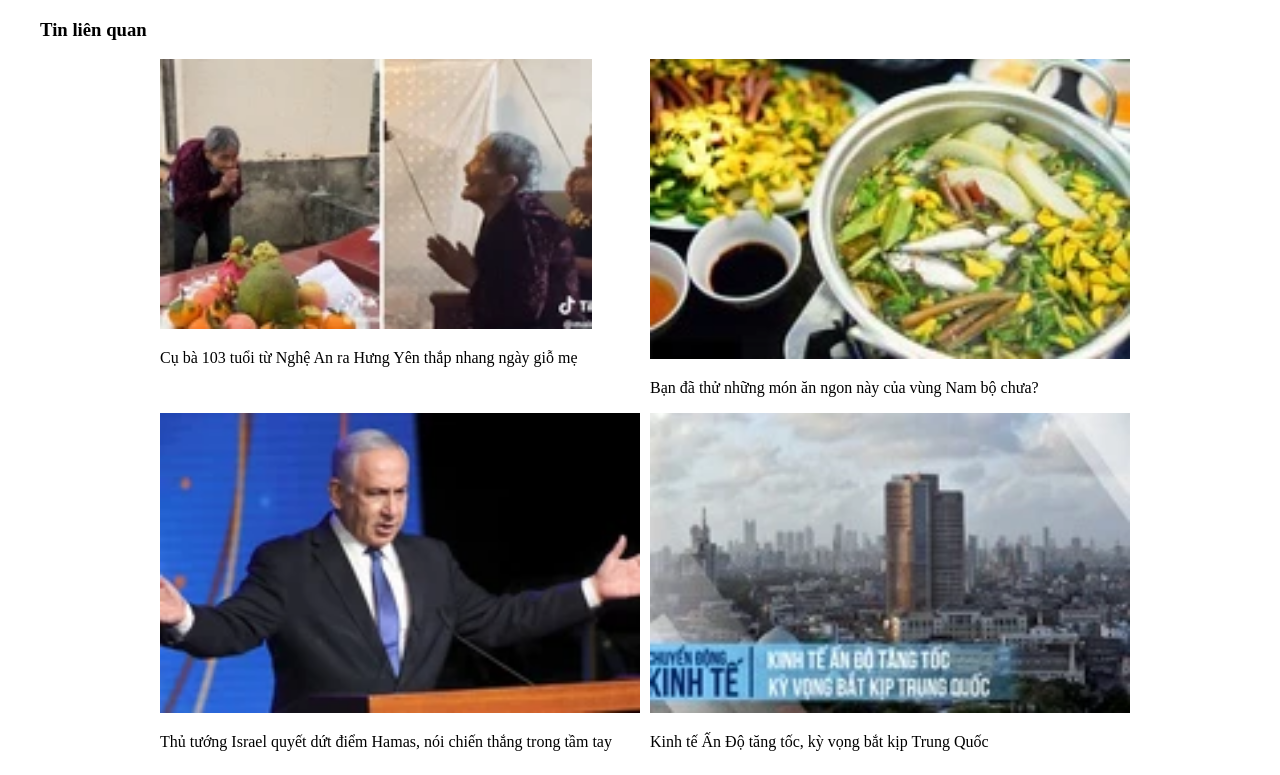
Repository: Tan-Khang21/TH_TKW--Buoi_07
Page: Bai_Tap_Ve_Nha/TinLienQuan.html
These files come from the project's save history. The page is drawn as it stood at one moment and after the next save; the edit follows.
The browser window is 1280 px wide. The pictures show the whole page.

Above is the page before, as saved 2024-03-12 17:30:27.

After the next save:
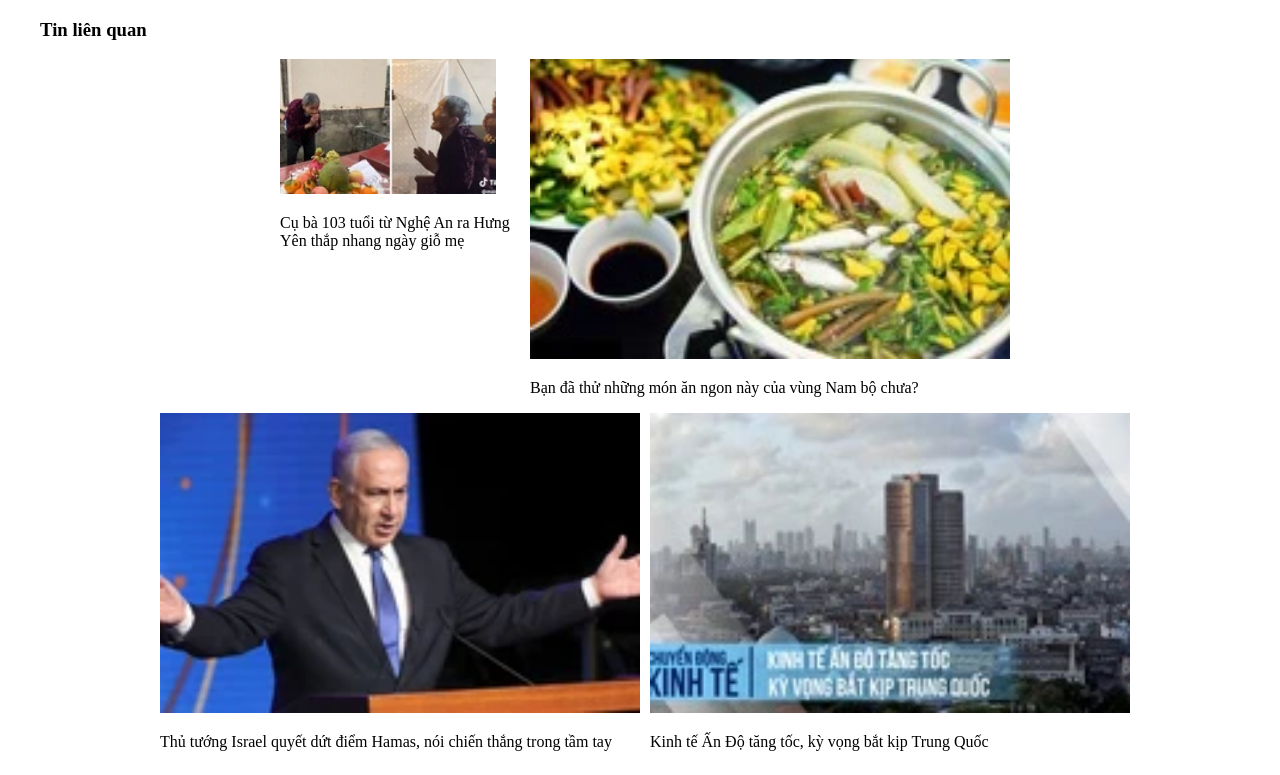
Saved 20 s later.
--- a/Bai_Tap_Ve_Nha/TinLienQuan.html
+++ b/Bai_Tap_Ve_Nha/TinLienQuan.html
@@ -19,7 +19,7 @@
           margin: 0 auto;
         "
       >
-        <div class="box" style="width: 40%; margin-left: 10px">
+        <div class="box" style="width: 20%; margin-left: 10px">
           <img
             src="images/hinh3.webp"
             alt=""
